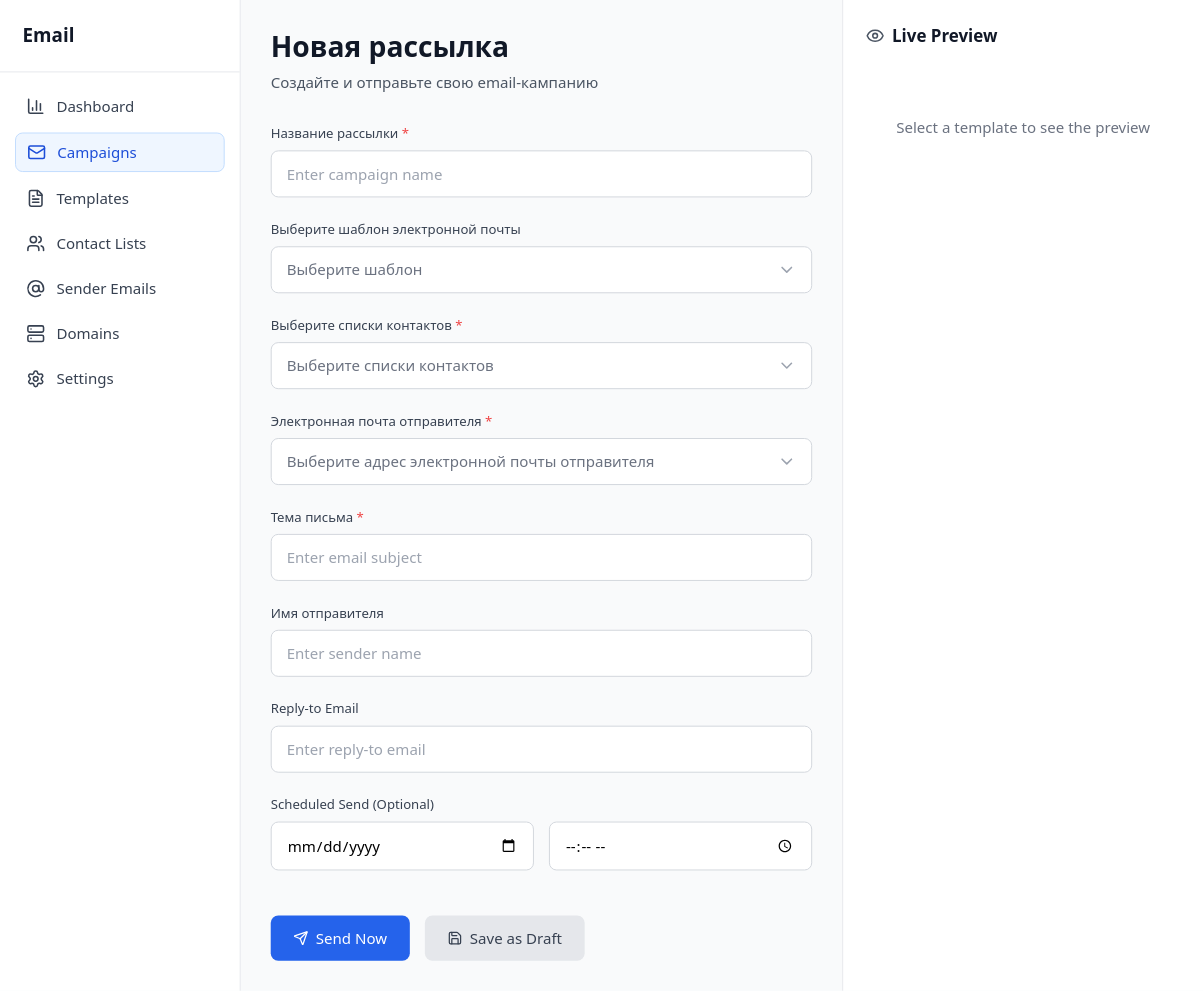
Repository: byagge/vashsender
Page: template/compain.html
These files come from the project's save history. The page is drawn as it stood at one moment and after the next save; the edit follows.
The browser window is 1280 px wide. The pictures show the whole page, at 94% of full size.
Some web libraries are served in a nearby version.

Above is the page before, as saved 2025-05-27 11:39:36.

After the next save:
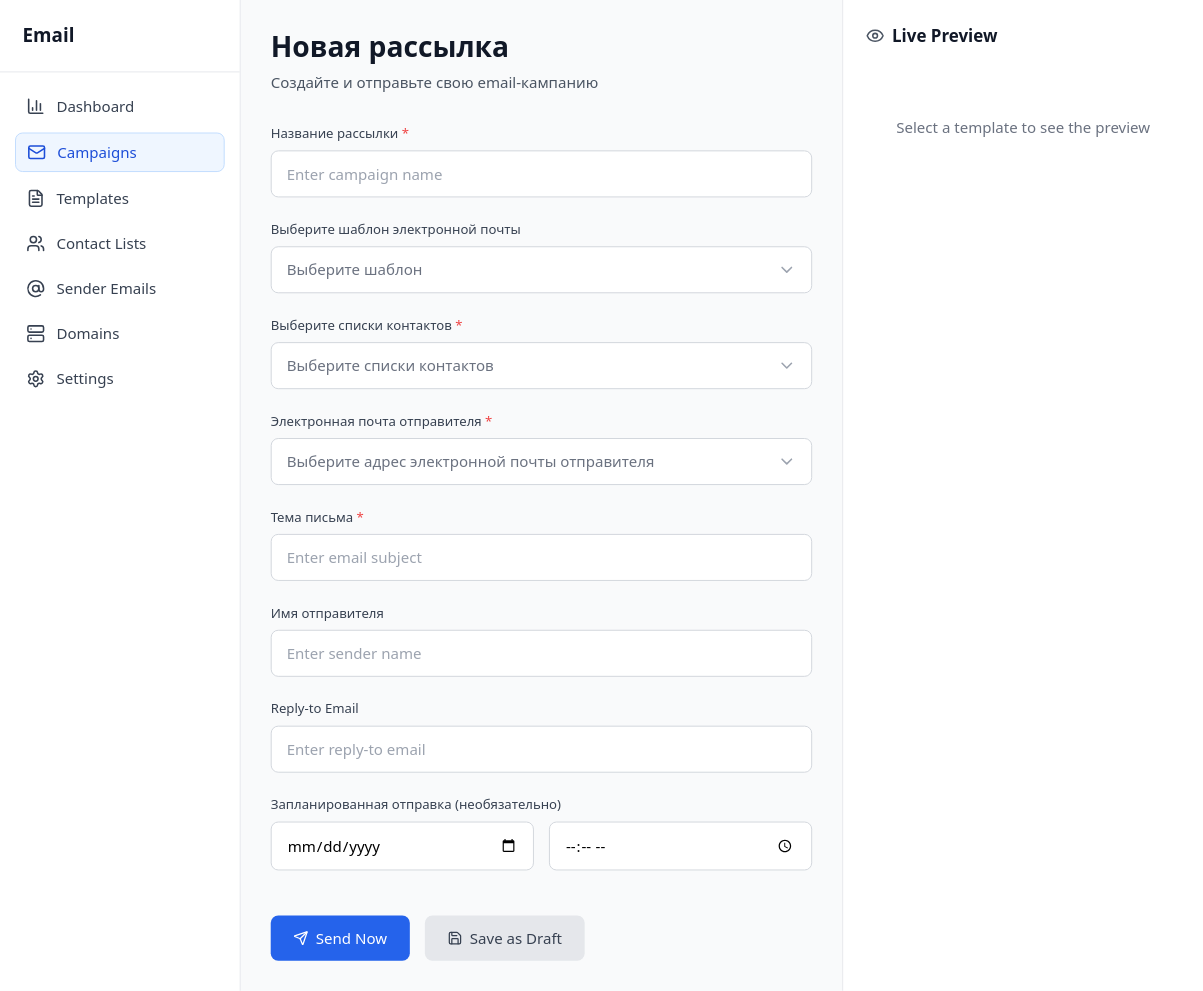
Saved 7 s later.
--- a/template/compain.html
+++ b/template/compain.html
@@ -267,7 +267,7 @@
                         <!-- Scheduled Send -->
                         <div>
                             <label class="block text-sm font-medium text-gray-700 mb-2">
-                                Scheduled Send (Optional)
+                                Запланированная отправка (необязательно)
                             </label>
                             <div class="grid grid-cols-2 gap-4">
                                 <input
